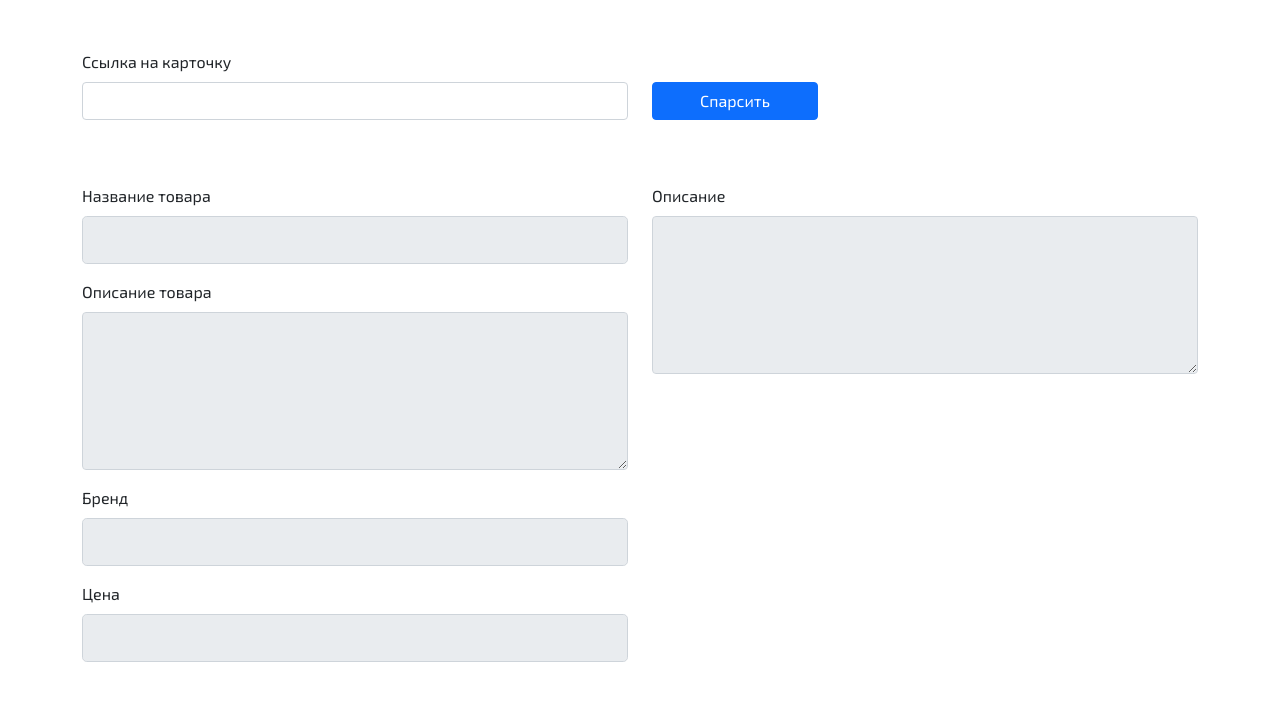
Repository: yozuul/wildberries-product-card-parser-api-exchange
Page: public/index.html
The author's editor kept a copy of each file at every save. The page is drawn from the files as they stood at one save, then again after the next save.
The browser window is 1280 px wide. The pictures show the whole page.

Above is the page before, as saved 2021-08-18 20:14:07.

After the next save:
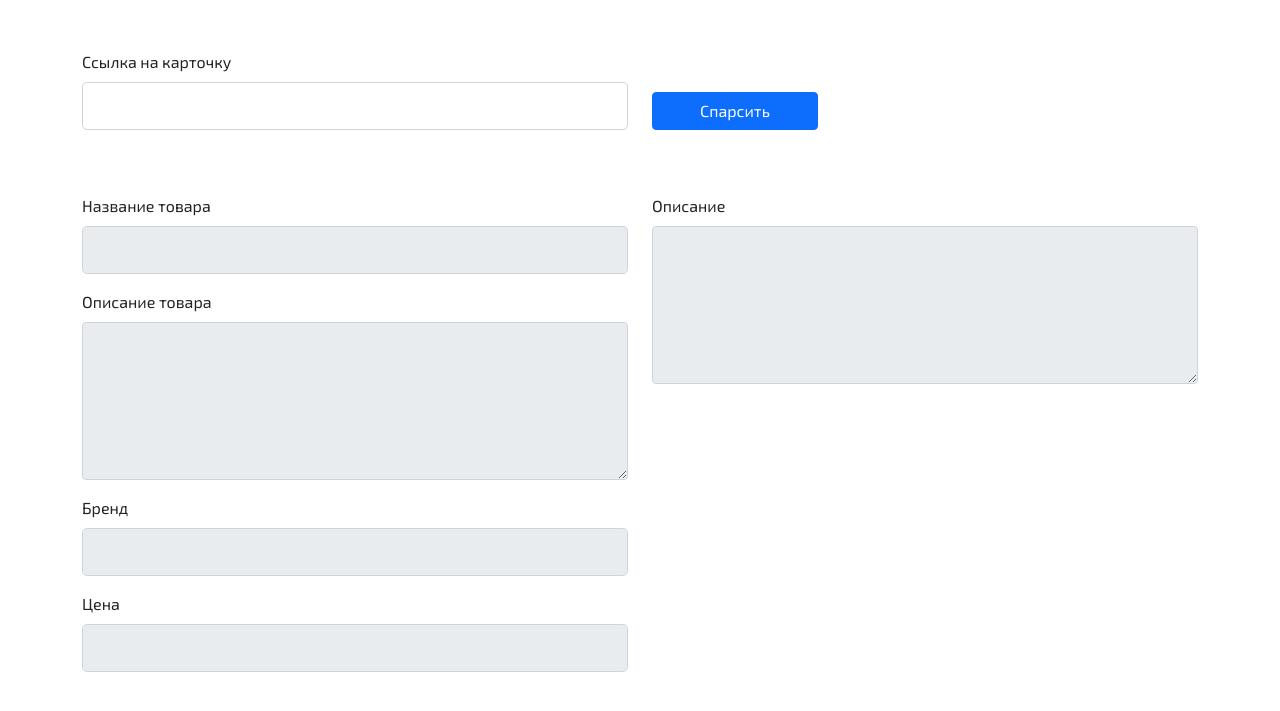
Saved 11 s later.
--- a/public/index.html
+++ b/public/index.html
@@ -16,7 +16,7 @@
       <form class="row parser_form_wrapper align-items-end">
          <div class="mb-3 col-6">
             <label for="cardProductURL" class="form-label">Ссылка на карточку</label>
-            <input type="text" class="form-control" id="cardProductURL">
+            <input type="text" class="form-control form-control-lg" id="cardProductURL">
          </div>
          <div class="col-2 mb-3">
             <button type="submit" class="btn btn-primary col-12">Спарсить</button>
